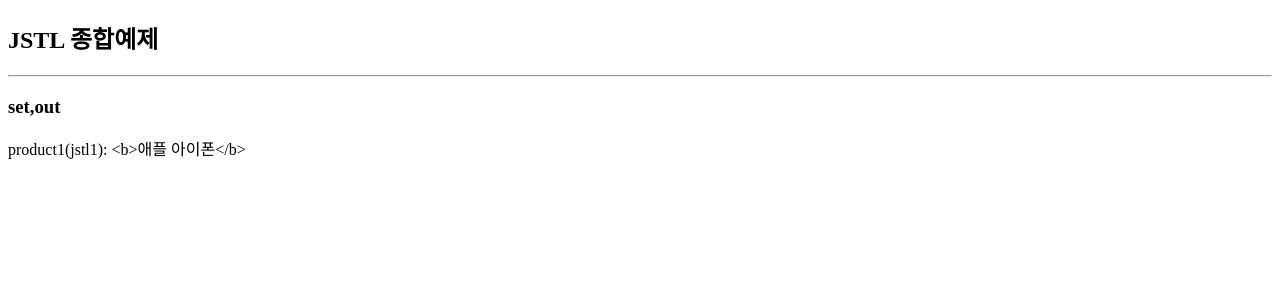
Repository: heezzanggg/JSPWebProgramming
Page: http://localhost/jwbook/ch07/jstlExam.jsp
The author's editor kept a copy of each file at every save. The page is drawn from the files as they stood at one save, then again after the next save.
The browser window is 1280 px wide. The pictures show the whole page.
The page is served by Tomcat 9. Other server files are loaded and not shown.

Above is the page before, as saved 2023-03-27 18:18:16.

### JSPWebProgramming/jwbook/src/main/webapp/ch07/jstlExam.jsp
<%@ page language="java" contentType="text/html; charset=UTF-8"
    pageEncoding="UTF-8"%>
<%@ taglib uri="http://java.sun.com/jsp/jstl/core" prefix="c" %>
<!DOCTYPE html>
<html>
<head>
<meta charset="UTF-8">
<title>JSTL 종합예제</title>
</head>
<body>
	<h2>JSTL 종합예제</h2>
	<hr>

	<!-- set,out -->
	<h3>set,out</h3>
	<c:set var="product1" value="<b>애플 아이폰</b>" />
	<c:set var="product2" value="삼성 갤럭시 노트"/>
	<c:set var="intArray" value="${[1,2,3,4,5]}"/>

	<p>
		product1(jstl1):
		<c:out value="${product1}" default="Not registered" escapeXml="true" />
	</p>
</body>
</html>

After the next save:
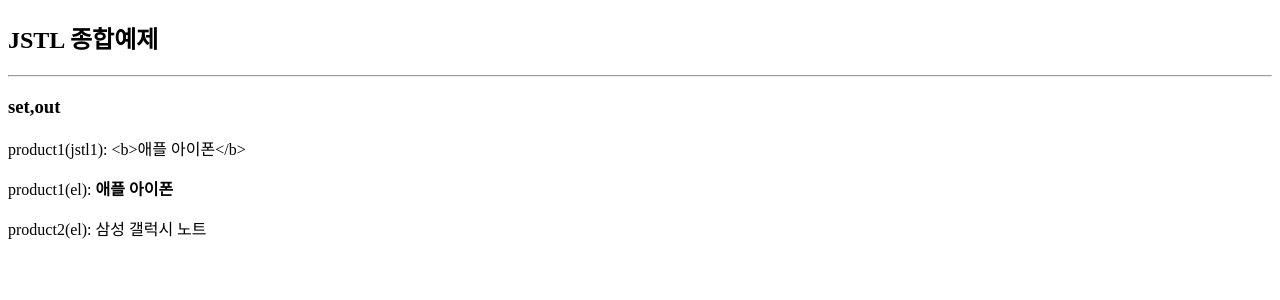
Saved 63 s later.
--- a/JSPWebProgramming/jwbook/src/main/webapp/ch07/jstlExam.jsp
+++ b/JSPWebProgramming/jwbook/src/main/webapp/ch07/jstlExam.jsp
@@ -21,5 +21,7 @@
 		product1(jstl1):
 		<c:out value="${product1}" default="Not registered" escapeXml="true" />
 	</p>
+	<p>product1(el): ${product1}</p>
+	<p>product2(el): ${product2}</p>
 </body>
 </html>
